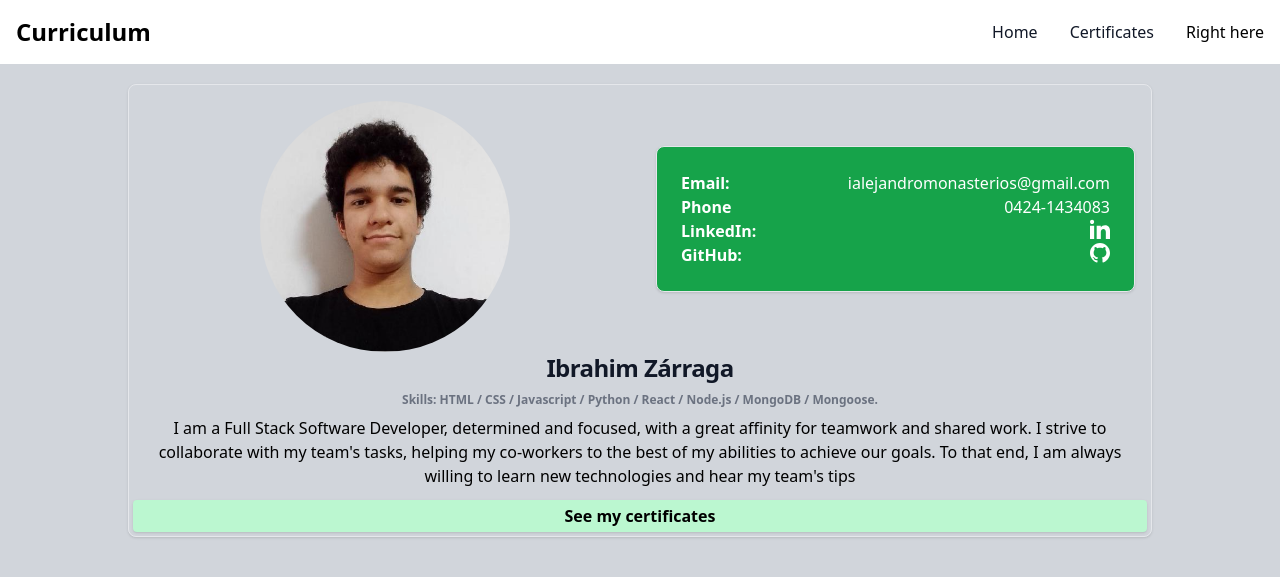
Repository: JetPi/Presentatio-Project
Page: /
The author's editor kept a copy of each file at every save. The page is drawn from the files as they stood at one save, then again after the next save.
The browser window is 1280 px wide. The pictures show the whole page.
The project was rebuilt for these pictures with package versions that can differ from the ones it lists, and the page was loaded fresh each time. The framework's server and built-in components were replaced by stand-ins that run in the browser. Also part of the build but not shown: next.config.js.

Above is the page before, as saved 2023-04-04 15:24:02.

### src/pages/_app.tsx
import "@/styles/globals.css";
import type { AppProps } from "next/app";
import { NavBar } from "@/components/NavBar";

const navList = [
  { text: "Home", href: "/" },
  { text: "Certificates", href: "/about/certificates" },
];

export default function App({ Component, pageProps }: AppProps) {
  return (
    <div className="min-h-screen pb-2 bg-gray-300 h-cover">
      <NavBar navList={navList} />
      <Component {...pageProps} />
    </div>
  );
}

### src/pages/index.tsx
import Head from "next/head";
import Image from "next/image";
import { Inter } from "next/font/google";
import styles from "@/styles/Home.module.css";
import { Card } from "@/components/Card";
import { CardTitle } from "@/components/Card";
import { Url } from "url";
import { LinkButton } from "@/components/Button";
import Link from "next/link";
import { useRouter } from "next/router";

const inter = Inter({ subsets: ["latin"] });

let mySkills = [
  "HTML",
  "CSS",
  "Javascript",
  "Python",
  "React",
  "Node.js",
  "MongoDB",
  "Mongoose",
];

let myDescriptionES =
  "Soy un Desarrollador Full Stack con dominio del inglés y el español, dedicado y comprometido a su trabajo y siempre dispuesto cooperar. Apunto a colaborar con mis compañeros con tal de lograr los objetivos del grupo de la forma más eficaz. Siempre estoy dispuesto a aprender nuevas tecnologías para alcanzar un mejor producto.";
let myDescriptionEN =
  "I am a Full Stack Software Developer, determined and focused, with a great affinity for teamwork and shared work. I strive to collaborate with my team's tasks, helping my co-workers to the best of my abilities to achieve our goals. To that end, I am always willing to learn new technologies and hear my team's tips";
for (let i = 0; i < mySkills.length; i++) {
  const element = mySkills[i];
  if (i === mySkills.length - 1) {
    mySkills[i] = element + ".";
  } else {
    mySkills[i] = element + " / ";
  }
}

export default function Home() {
  const router = useRouter();
  const { locale } = router;
  return (
    <>
      <div className="flex justify-center pt-5 ">
        <Card styling="flex flex-col w-4/5">
          <div className="grid grid-cols-2">
            <Image
              className="flex mx-auto mt-4 rounded-full "
              src={"/Foto de Presentación.png"}
              width={250}
              height={250}
              alt={"Profile Photo"}
            />
            <div className="my-auto">
              <Card styling="bg-green-600 mx-cover h-fit text-white p-6 m-4 flex flex-col">
                <div className="flex flex-row flex-wrap">
                  <b>Email:</b>{" "}
                  <span className="ml-auto">
                    ialejandromonasterios@gmail.com
                  </span>
                </div>
                <div className="flex flex-row">
                  <b>{locale === "es-ES" ? "Teléfono" : "Phone"}</b>{" "}
                  <span className="ml-auto">0424-1434083</span>
                </div>
                <div className="flex flex-row">
                  <b>LinkedIn:</b>{" "}
                  <Link
                    href="https://www.linkedin.com/in/ibrahim-z%C3%A1rraga-56ba29240/?locale=es_ES"
                    className="ml-auto"
                  >
                    <svg
                      xmlns="http://www.w3.org/2000/svg"
                      className="w-5 h-5"
                      fill="currentColor"
                      viewBox="0 0 24 24"
                    >
                      <path d="M4.98 3.5c0 1.381-1.11 2.5-2.48 2.5s-2.48-1.119-2.48-2.5c0-1.38 1.11-2.5 2.48-2.5s2.48 1.12 2.48 2.5zm.02 4.5h-5v16h5v-16zm7.982 0h-4.968v16h4.969v-8.399c0-4.67 6.029-5.052 6.029 0v8.399h4.988v-10.131c0-7.88-8.922-7.593-11.018-3.714v-2.155z" />
                    </svg>
                  </Link>
                </div>
                <div className="flex flex-row">
                  <b>GitHub:</b>{" "}
                  <Link href="https://github.com/JetPi" className="ml-auto">
                    <svg
                      xmlns="http://www.w3.org/2000/svg"
                      className="w-5 h-5"
                      fill="currentColor"
                      viewBox="0 0 24 24"
                    >
                      <path d="M12 0c-6.626 0-12 5.373-12 12 0 5.302 3.438 9.8 8.207 11.387.599.111.793-.261.793-.577v-2.234c-3.338.726-4.033-1.416-4.033-1.416-.546-1.387-1.333-1.756-1.333-1.756-1.089-.745.083-.729.083-.729 1.205.084 1.839 1.237 1.839 1.237 1.07 1.834 2.807 1.304 3.492.997.107-.775.418-1.305.762-1.604-2.665-.305-5.467-1.334-5.467-5.931 0-1.311.469-2.381 1.236-3.221-.124-.303-.535-1.524.117-3.176 0 0 1.008-.322 3.301 1.23.957-.266 1.983-.399 3.003-.404 1.02.005 2.047.138 3.006.404 2.291-1.552 3.297-1.23 3.297-1.23.653 1.653.242 2.874.118 3.176.77.84 1.235 1.911 1.235 3.221 0 4.609-2.807 5.624-5.479 5.921.43.372.823 1.102.823 2.222v3.293c0 .319.192.694.801.576 4.765-1.589 8.199-6.086 8.199-11.386 0-6.627-5.373-12-12-12z" />
                    </svg>
                  </Link>
                </div>
              </Card>
            </div>
          </div>
          <CardTitle>Ibrahim Zárraga</CardTitle>
          <div className="mx-auto text-xs font-semibold text-gray-500">
            {locale === "es-ES" ? "Competencias" : "Skills"}: {mySkills}
          </div>
          <div className="m-2 text-base text-center">
            {locale === "es-ES" ? myDescriptionES : myDescriptionEN}
          </div>
          <LinkButton href="/about/certificates">
            {locale === "es-ES"
              ? "Ver mis certificados"
              : "See my certificates"}
          </LinkButton>
        </Card>
      </div>
    </>
  );
}

### src/styles/globals.css
@tailwind base;
@tailwind components;
@tailwind utilities;

:root {
  --max-width: 1100px;
  --border-radius: 12px;
  --font-mono: ui-monospace, Menlo, Monaco, "Cascadia Mono", "Segoe UI Mono",
    "Roboto Mono", "Oxygen Mono", "Ubuntu Monospace", "Source Code Pro",
    "Fira Mono", "Droid Sans Mono", "Courier New", monospace;

  --foreground-rgb: 0, 0, 0;
  --background-start-rgb: 214, 219, 220;
  --background-end-rgb: 255, 255, 255;

  --primary-glow: conic-gradient(
    from 180deg at 50% 50%,
    #16abff33 0deg,
    #0885ff33 55deg,
    #54d6ff33 120deg,
    #0071ff33 160deg,
    transparent 360deg
  );
  --secondary-glow: radial-gradient(
    rgba(255, 255, 255, 1),
    rgba(255, 255, 255, 0)
  );

  --tile-start-rgb: 239, 245, 249;
  --tile-end-rgb: 228, 232, 233;
  --tile-border: conic-gradient(
    #00000080,
    #00000040,
    #00000030,
    #00000020,
    #00000010,
    #00000010,
    #00000080
  );

  --callout-rgb: 238, 240, 241;
  --callout-border-rgb: 172, 175, 176;
  --card-rgb: 180, 185, 188;
  --card-border-rgb: 131, 134, 135;
}

@media (prefers-color-scheme: dark) {
  :root {
    --foreground-rgb: 255, 255, 255;
    --background-start-rgb: 0, 0, 0;
    --background-end-rgb: 0, 0, 0;

    --primary-glow: radial-gradient(rgba(1, 65, 255, 0.4), rgba(1, 65, 255, 0));
    --secondary-glow: linear-gradient(
      to bottom right,
      rgba(1, 65, 255, 0),
      rgba(1, 65, 255, 0),
      rgba(1, 65, 255, 0.3)
    );

    --tile-start-rgb: 2, 13, 46;
    --tile-end-rgb: 2, 5, 19;
    --tile-border: conic-gradient(
      #ffffff80,
      #ffffff40,
      #ffffff30,
      #ffffff20,
      #ffffff10,
      #ffffff10,
      #ffffff80
    );

    --callout-rgb: 20, 20, 20;
    --callout-border-rgb: 108, 108, 108;
    --card-rgb: 100, 100, 100;
    --card-border-rgb: 200, 200, 200;
  }
}

* {
  box-sizing: border-box;
  padding: 0;
  margin: 0;
}

html,
body {
  max-width: 100vw;
  overflow-x: hidden;
}

body {
  color: rgb(var(--foreground-rgb));
}

a {
  color: inherit;
  text-decoration: none;
}

@media (prefers-color-scheme: dark) {
  html {
    color-scheme: dark;
  }
}

### src/components/NavBar.tsx
import Image from "next/image";
import Link from "next/link";
import { useRouter } from "next/router";
import { ReactNode } from "react";
type NavData = {
  href: string;
  text: string;
};

interface Props {
  children?: ReactNode | string;
  href?: string;
  navList?: Array<NavData>;
}

function NavItem({ children, href }: Props) {
  return (
    <li>
      <Link
        href={{ pathname: href }}
        className="block py-2 pl-3 pr-4 text-gray-900 rounded hover:bg-gray-100 md:hover:bg-transparent md:border-0 md:hover:text-blue-700 md:p-0 dark:text-white md:dark:hover:text-blue-500 dark:hover:bg-gray-700 dark:hover:text-white md:dark:hover:bg-transparent"
      >
        {children}
      </Link>
    </li>
  );
}

export function NavBar({ navList }: Props) {
  const router = useRouter();
  const { locale, locales, defaultLocale, asPath, pathname, query } = router;
  return (
    <nav className="bg-white border-gray-200 dark:bg-gray-900">
      <div className="flex flex-wrap items-center justify-between max-w-screen-xl p-4 mx-auto">
        <span className="self-center text-2xl font-semibold whitespace-nowrap dark:text-white">
          Curriculum
        </span>

        <div className="block w-auto" id="navbar-default">
          <ul className="flex flex-col p-4 mt-4 font-medium border border-gray-100 rounded-lg md:p-0 bg-gray-50 md:flex-row md:space-x-8 md:mt-0 md:border-0 md:bg-white dark:bg-gray-800 md:dark:bg-gray-900 dark:border-gray-700">
            {navList?.map((item) => {
              return (
                <NavItem href={item.href} key={Math.random()}>
                  {item.text}
                </NavItem>
              );
            })}

            <Link href={{ pathname, query }} as={asPath} locale={"es-ES"}>
              {" "}
              Right here
            </Link>
          </ul>
        </div>
      </div>
    </nav>
  );
}

### src/components/Card.tsx
import { redirect } from "next/dist/server/api-utils";
import Link from "next/link";
import { useRouter } from "next/router";
import { Url } from "url";
import React, { MouseEventHandler, ReactNode, useState } from "react";
interface Props {
  children?: ReactNode;
  styling?: string;
  href?: string;
}

interface ButtonProps {
  children?: ReactNode;
  styling?: string;
  href: Url;
}

export function Card({ styling, children }: Props) {
  return (
    <div
      className={`${
        styling ? styling : "flex justify-stretch p-6 bg-white"
      }   border border-gray-200 rounded-lg shadow dark:bg-gray-800 dark:border-gray-700 dark:hover:bg-gray-700`}
    >
      {children}
      <p className="font-normal text-gray-700 dark:text-gray-400"></p>
    </div>
  );
}

export function CardButton({ href, styling, children }: ButtonProps) {
  return (
    <Link
      className={`${
        styling ? styling : "w-32  "
      } p-2 text-center bg-white border border-gray-200 rounded-lg shadow hover:bg-gray-100 dark:bg-gray-800 dark:border-gray-700 dark:hover:bg-gray-700`}
      href={href.href}
    >
      {children}
    </Link>
  );
}

export function CardTitle({ children }: Props) {
  return (
    <h5 className="mb-2 text-2xl font-bold tracking-tight text-center text-gray-900 dark:text-white">
      {children}
    </h5>
  );
}

### src/components/Button.tsx
import { Url } from "url";
import Link from "next/link";
import React from "react";

interface ButtonProps {
  styling?: string;
  onClick?: React.MouseEventHandler;
  children?: React.ReactNode;
}

interface LinkProps {
  styling?: string;
  href: string;
  children?: React.ReactNode;
}

export function Button({ onClick, styling, children }: ButtonProps) {
  return (
    <button
      className={`${styling} px-2 py-1 m-1 font-semibold bg-green-200 rounded`}
      onClick={onClick}
    >
      {children}
    </button>
  );
}

export function LinkButton({ href, styling, children }: LinkProps) {
  return (
    <Link
      href={href}
      className={`${styling} flex justify-center px-2 py-1 m-1 font-semibold bg-green-200 rounded shadow hover:bg-green-300 dark:bg-gray-800 dark:border-gray-700 dark:hover:bg-gray-700`}
    >
      {children}
    </Link>
  );
}

Loaded but not shown: src/pages/_document.tsx (common file); tailwind.config.js (common file)

After the next save:
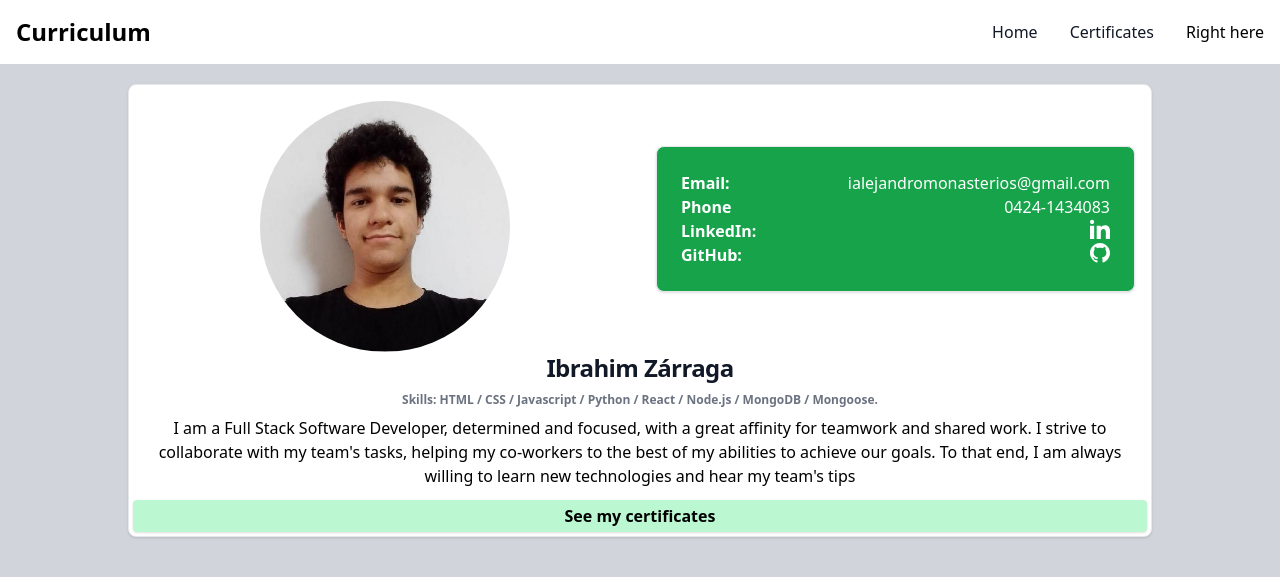
Saved 34 s later.
--- a/src/pages/index.tsx
+++ b/src/pages/index.tsx
@@ -41,7 +41,7 @@ export default function Home() {
   return (
     <>
       <div className="flex justify-center pt-5 ">
-        <Card styling="flex flex-col w-4/5">
+        <Card styling="flex flex-col w-4/5 bg-white">
           <div className="grid grid-cols-2">
             <Image
               className="flex mx-auto mt-4 rounded-full "
